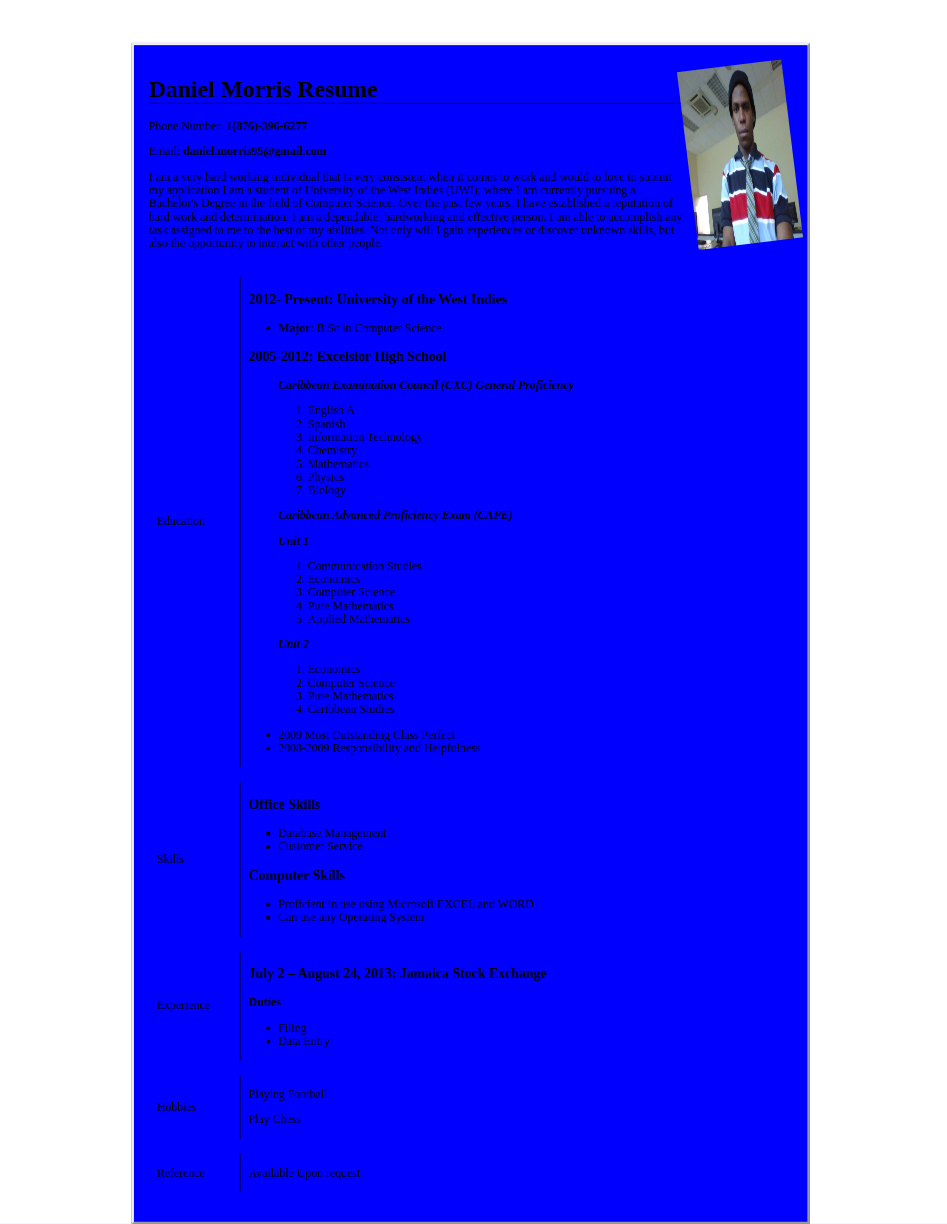
Repository: Alvezsoftware/daniel
Page: workspace/webresume.html
The author's editor kept a record of every edit. The page is drawn from the files as they stood at one moment, then again after the next edit.
The browser window is 1280 px wide. The pictures show the whole page, at 74% of full size.

Above is the page before.

### workspace/webresume.html
<!DOCTYPE html>
<html>

<head>
    <link rel="stylesheet" type="text/css" href="stylesheet.css">
</head>

<body>
<div id="pos"><img src = "daniel.jpg
" >
<h1 id="line" >Daniel Morris Resume</h1>


<p>Phone Number: <Strong>1(876)-396-6277</Strong></p>
<p>Email: <Strong>daniel.morris95@gmail.com</Strong></p>

<p id="test" >I am a very hard working individual that is very consistent when it comes to work and would to

love to submit my application

I am a student of University of the West Indies (UWI); where I am currently pursuing a

Bachelor&#39;s Degree in the field of Computer Science.

Over the past few years, I have established a reputation of hard work and determination. I am a

dependable, hardworking and effective person. I am able to accomplish any task assigned to me

to the best of my abilities. Not only will I gain experiences or discover unknown skills, but also

the opportunity to interact with other people.</p>
<table >
        <tr>
            <td class="separator">
            Education
            </td>
            <td>
            <h3>2012- Present: University of the West Indies</h3>
            <ul>
                <li><Strong>Major</Strong>: B.Sc in Computer Science</li>
            </ul>
            <h3>2005-2012: Excelsior High School</h3>
            <ul>
                <p><Strong><em>Caribbean Examination Council (CXC) General Proficiency</em></Strong></p>
                <ol>
                <li>English A</li>
                <li> Spanish </li>
                <li>Information Technology </li>
                <li>Chemistry </li>
                <li> Mathematics </li>
                <li> Physics </li>
                <li> Biology </li>
                </ol>
            </ul>
            <ul>
                <p><Strong><em>Caribbean Advanced Proficiency Exam (CAPE)</em></Strong></p>
                <p><Strong><em>Unit 1</em></Strong></p>
                <ol>
                <li>Communication Studies</li>
                <li> Economics </li>
                <li>Computer Science </li>
                <li>Pure Mathematics </li>
                <li>Applied Mathematics </li>
                </ol>
            </ul>
             <ul>
                <p><Strong><em>Unit 2</em></Strong></p>
                <ol>
                <li> Economics </li>
                <li>Computer Science </li>
                <li>Pure Mathematics </li>
                <li>Caribbean Studies </li>
                </ol>
            </ul>
            <ul>
                <li>2009 Most Outstanding Class Perfect</li>
                <li>2008-2009 Responsibility and Helpfulness</li>
            </ul>
            </td>
        </tr>
         <tr>
            <td class="separator">
            Skills
            </td>
            <td>
            <h3>Office Skills</h3>
                <ol style="list-style-type:square" >
                    <li>Database Management</li>
                    <li>Customer Service</li>
                </ol>
                <h3>Computer Skills</h3>
                <ol style="list-style-type:square" >
                    <li>Proficient in use using Microsoft EXCEL and WORD</li>
                    <li>Can use any Operating System</li>
                </ol>
            </td>
        </tr>
        <tr>
            <td class="separator">
            Experience
            </td>
            <td>
                <h3>July 2 	&ndash; August 24, 2013: Jamaica Stock Exchange</h3>
                <p id= "centre"><Strong>Duties</Strong></p>
                <ul>
                    <li>Filing</li>
                    <li>Data Entry</li>
                </ul>
            </td>
        </tr>
         <tr>
            <td class="separator">
            Hobbies
            </td>
             <td>
                <p>Playing Football</p>
                <p>Play Chess</p>
            </td>
        </tr>

         <tr>
            <td class="separator">
            Reference
            </td>
             <td>
             <p>Available Upon request</p>
            </td>
        </tr>
</table>
</div>

</body>
</html>

### workspace/stylesheet.css

div{
    border-style:outset;
    padding:20px;
    margin: 50px 170px;
    background-color:blue;
}
img{
float:right;
width:142px;
height:242px;
position: relative;
right:0;
top: 7px;
transform:rotate(-7deg)
}
#pos{
    position:absolute;
    width:68%;
}

h1{
    text-align: left;
}


#line
{
  border-bottom:1px;
  border-style:solid;
  border-top:0px;
  border-right:0px;
  border-left:0px;
  width:90%;
}
table{
   border-collapse: separate;
   border-spacing: 10px 20px;
}
td{
     padding-right:40px;
}

.separator{
  border-right:1px;
  border-style:solid;
  border-top:0px;
  border-bottom:0px;
  border-left:0px;
}


#test {
    width: 61em;
    word-wrap: break-word;
}

After the next edit:
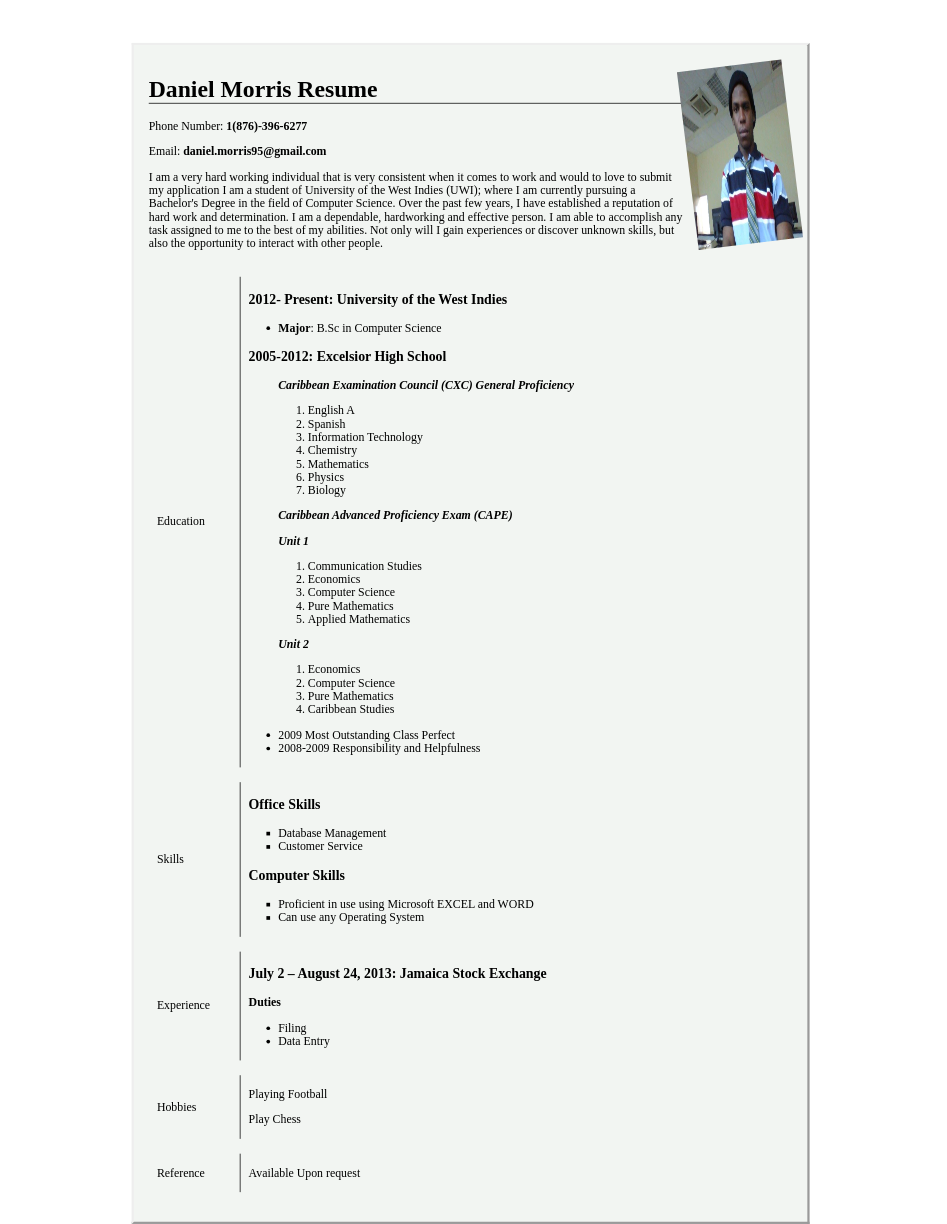
The edit:
--- a/workspace/stylesheet.css
+++ b/workspace/stylesheet.css
@@ -3,7 +3,7 @@
     border-style:outset;
     padding:20px;
     margin: 50px 170px;
-    background-color:blue;
+    background-color:#F2F5F2;
 }
 img{
 float:right;
